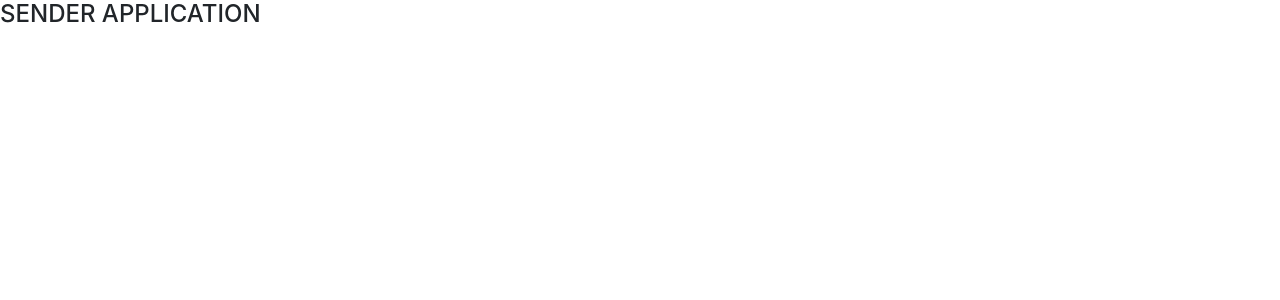
Repository: oluwaseyi9325/react-redux
Page: /mailer
An editor plug-in stored every save of this project. The page is shown before and after the next save, followed by the edit.
The browser window is 1280 px wide. The pictures show the whole page.
The project was rebuilt for these pictures with package versions that can differ from the ones it lists, and the page was loaded fresh each time. Also part of the build but not shown: src/Pages/Index.tsx, src/Pages/NotFond.tsx.

Above is the page before, as saved 2023-04-18 17:11:52.

After the next save:
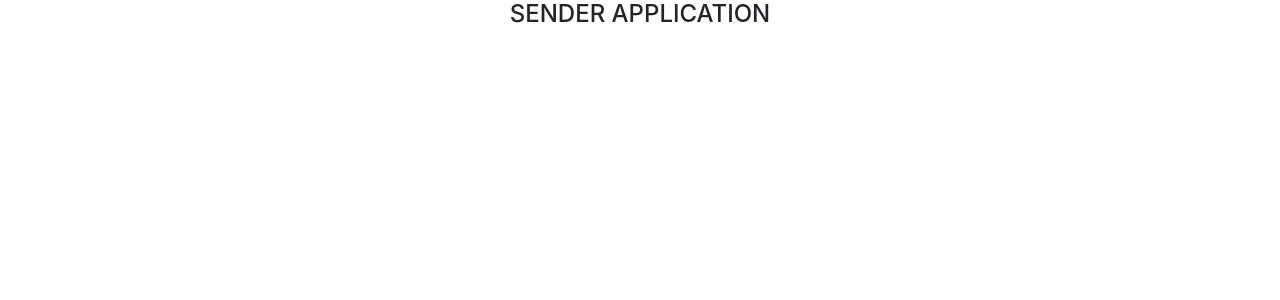
Saved 11 s later.
--- a/src/Components/NavBar.tsx
+++ b/src/Components/NavBar.tsx
@@ -4,7 +4,7 @@ const NavBar = () => {
   return (
     <>
 
-      <div>
+      <div className='text-center'>
         <h4>SENDER APPLICATION</h4>
       </div>
 
